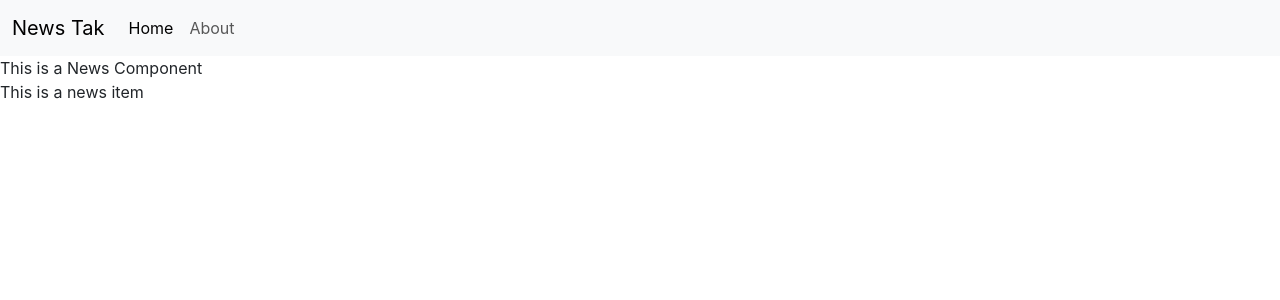
Repository: Rohit-foryou/News-website
Page: /entertainment
An editor plug-in stored every save of this project. The page is shown before and after the next save, followed by the edit.
The browser window is 1280 px wide. The pictures show the whole page.
The project was rebuilt for these pictures with package versions that can differ from the ones it lists, and the page was loaded fresh each time.

Above is the page before, as saved 2023-12-22 19:02:59.

### public/index.html
<!DOCTYPE html>
<html lang="en">
  <head>
    <meta charset="utf-8" />
    <link rel="icon" href="%PUBLIC_URL%/favicon.ico" />
    <meta name="viewport" content="width=device-width, initial-scale=1" />
    <meta name="theme-color" content="#000000" />
    <meta
      name="description"
      content="News Tak is used to see latest news fast and easy"
    />
    <link rel="apple-touch-icon" href="%PUBLIC_URL%/logo192.png" />
    <!--
      manifest.json provides metadata used when your web app is installed on a
      user's mobile device or desktop. See https://developers.google.com/web/fundamentals/web-app-manifest/
    -->
    <link rel="manifest" href="%PUBLIC_URL%/manifest.json" />
    <!--
      Notice the use of %PUBLIC_URL% in the tags above.
      It will be replaced with the URL of the `public` folder during the build.
      Only files inside the `public` folder can be referenced from the HTML.

      Unlike "/favicon.ico" or "favicon.ico", "%PUBLIC_URL%/favicon.ico" will
      work correctly both with client-side routing and a non-root public URL.
      Learn how to configure a non-root public URL by running `npm run build`.
    -->
    <title>News Tak</title>
    <link href="https://cdn.jsdelivr.net/npm/bootstrap@5.3.2/dist/css/bootstrap.min.css" rel="stylesheet" integrity="sha384-T3c6CoIi6uLrA9TneNEoa7RxnatzjcDSCmG1MXxSR1GAsXEV/Dwwykc2MPK8M2HN" crossorigin="anonymous">
  </head>
  <body>
    <noscript>You need to enable JavaScript to run this app.</noscript>
    <div id="root"></div>
    <!--
      This HTML file is a template.
      If you open it directly in the browser, you will see an empty page.

      You can add webfonts, meta tags, or analytics to this file.
      The build step will place the bundled scripts into the <body> tag.

      To begin the development, run `npm start` or `yarn start`.
      To create a production bundle, use `npm run build` or `yarn build`.
    -->
    <script src="https://cdn.jsdelivr.net/npm/bootstrap@5.3.2/dist/js/bootstrap.bundle.min.js" integrity="sha384-C6RzsynM9kWDrMNeT87bh95OGNyZPhcTNXj1NW7RuBCsyN/o0jlpcV8Qyq46cDfL" crossorigin="anonymous"></script>
  </body>
</html>

### src/App.js
import React, { Component } from 'react'
import NavBar from './Components/NavBar'
import News from './Components/News'

export class App extends Component {
  render() {
    return (
      <div>
        <NavBar/>
        <News/>
      </div>
    )
  }
}

export default App

### src/Components/NavBar.js
import React, { Component } from 'react'

export default class NavBar extends Component {
  render() {
    return (
      <div>
        <nav className="navbar navbar-expand-lg bg-body-tertiary">
            <div className="container-fluid">
                <a className="navbar-brand" href="/">News Tak</a>
                <button className="navbar-toggler" type="button" data-bs-toggle="collapse" data-bs-target="#navbarSupportedContent" aria-controls="navbarSupportedContent" aria-expanded="false" aria-label="Toggle navigation">
                <span className="navbar-toggler-icon"></span>
                </button>
                <div className="collapse navbar-collapse" id="navbarSupportedContent">
                <ul className="navbar-nav me-auto mb-2 mb-lg-0">
                    <li className="nav-item">
                    <a className="nav-link active" aria-current="page" href="/">Home</a>
                    </li>
                    <li className="nav-item">
                    <a className="nav-link" href="/about">About</a>
                    </li>
                </ul>
                </div>
            </div>
        </nav>
      </div>
    )
  }
}

### src/Components/News.js
import React, { Component } from 'react'
import NewsItem from './NewsItem'

export class News extends Component {
  render() {
    return (
      <div>
        This is a News Component
        <NewsItem/>
      </div>
    )
  }
}

export default News

### src/Components/NewsItem.js
import React, { Component } from 'react'

export class NewsItem extends Component {
  render() {
    return (
      <div>
        This is a news item
      </div>
    )
  }
}

export default NewsItem

Loaded but not shown: src/index.js (common file); src/index.css (common file); src/reportWebVitals.js (common file)

After the next save:
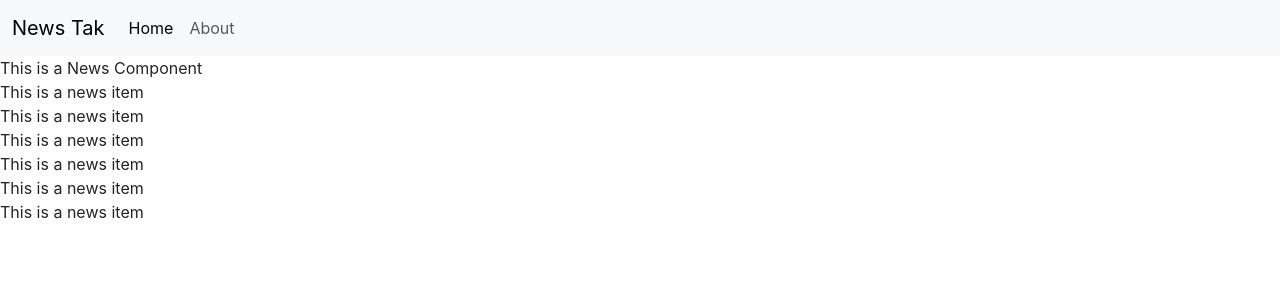
Saved 31 s later.
--- a/src/Components/News.js
+++ b/src/Components/News.js
@@ -7,6 +7,11 @@ export class News extends Component {
       <div>
         This is a News Component
         <NewsItem/>
+        <NewsItem/>
+        <NewsItem/>
+        <NewsItem/>
+        <NewsItem/>
+        <NewsItem/>
       </div>
     )
   }
